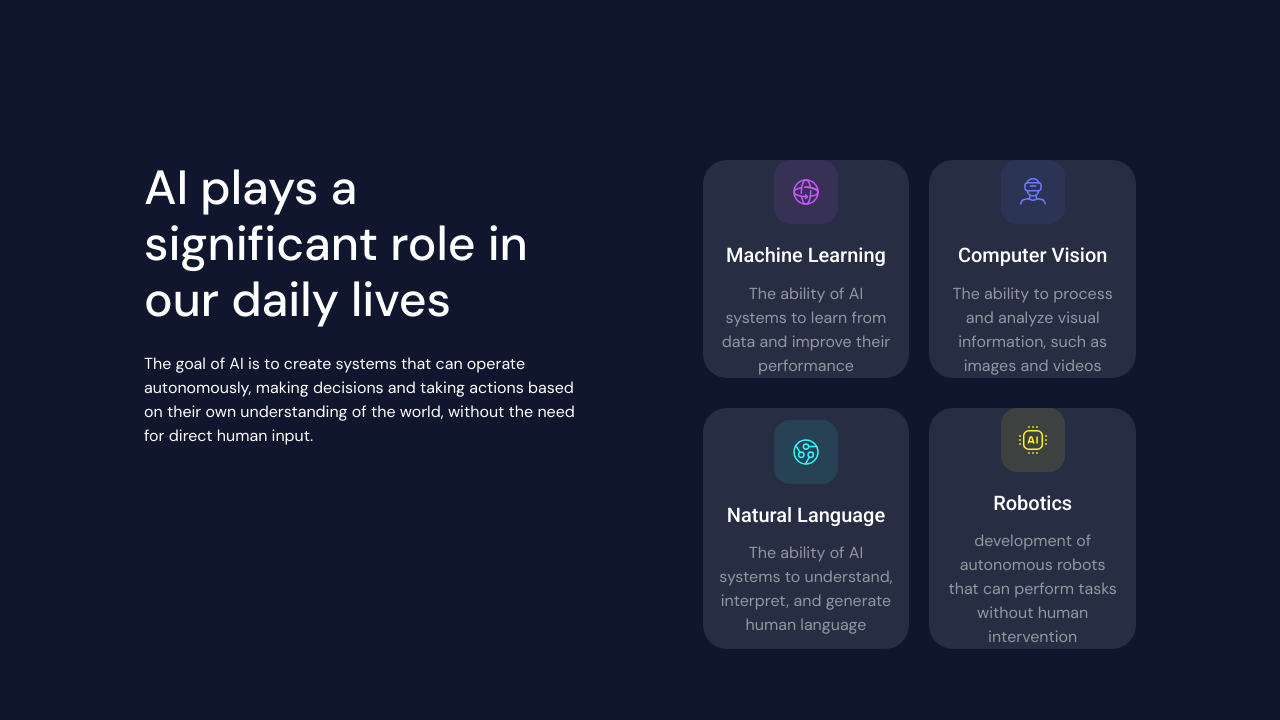
Repository: alphatra/INVO-Academy
Page: / (app in [lvl 1] Sekcja 4 obszarów AI/Starter-code/)
These files come from the project's save history. The page is drawn as it stood at one moment and after the next save; the edit follows.
The browser window is 1280 px wide. The pictures show the whole page.
The project was rebuilt for these pictures with package versions that can differ from the ones it lists, and the page was loaded fresh each time.

Above is the page before, as saved 2023-02-23 23:48:40.
Console error: TypeError: Cannot read properties of null (reading 'addEventListener')

### [lvl 1] Sekcja 4 obszarów AI/Starter-code/index.html
<!DOCTYPE html>
<html lang="en">

<head>
  <meta charset="UTF-8" />
  <link rel="icon" type="image/svg+xml" href="/vite.svg" />
  <meta name="viewport" content="width=device-width, initial-scale=1.0" />
  <title>INVO Academy JS Starter with Vite</title>
</head>

<!-- In order to start your challenge, remove all the content inside <div id="home-page"></div> and start coding :) -->

<body>
  <main>
    <section class="header">
      <div class="header__text">
        <h1>AI plays a significant role in our daily lives</h1>
        <span>The goal of AI is to create systems that can operate
          autonomously, making decisions and taking actions based on
          their own understanding of the world, without the need for direct human input.</span>
      </div>
    </section>

    <section class="categories">
      <div class="categories__category">
        <div class="categories__image">
          <img src="/public/images/ML.svg" alt="Machine Learning">
        </div>
        <h4>Machine Learning</h4>
        <span>The ability of AI systems to learn from data and improve their performance</span>
      </div>
      <div class="categories__category">
        <div class="categories__image">
          <img src="/public/images/CV.svg" alt="Computer Vision">
        </div>
        <h4>Computer Vision</h4>
        <span>The ability to process and analyze visual information, such as images and videos</span>
      </div>
      <div class="categories__category">
        <div class="categories__image">
          <img src="/public/images/NL.svg" alt="Natural Language">
        </div>
        <h4>Natural Language</h4>
        <span> The ability of AI systems to understand, interpret, and generate human language</span>
      </div>
      <div class="categories__category">
        <div class="categories__image">
          <img src="/public/images/AI.svg" alt="Robotics">
        </div>
        <h4>Robotics</h4>
        <span>development of autonomous robots that can perform tasks without human intervention</span>
      </div>
    </section>
  </main>


  <script type="module" src="/src/global-scripts/main.js"></script>
  <script type="module" src="/src/pages/home-page/scripts/home-page.js"></script>
</body>

</html>

### [lvl 1] Sekcja 4 obszarów AI/Starter-code/src/pages/home-page/scripts/home-page.js
/// Homepage JavaScript File
/// Here we import all the JavaScript files we need for our homepage.

import '../styles/home-page.scss'

import { setupCounter } from '../../../global-scripts/scripts/counter/counter.js'

setupCounter(document.querySelector('#counter'))

### [lvl 1] Sekcja 4 obszarów AI/Starter-code/src/global-styles/style.scss
/// Main Styles File
/// Here we import all the global Styles files we need for our project.

@import "styles/normalize.scss";
@import "styles/root.scss";
@import "styles/fonts.scss";

body {
  font-family: 'Roboto', sans-serif;
  color: var(--color-primary);
}

p {
  color: var(--color-on-surface);
}

### [lvl 1] Sekcja 4 obszarów AI/Starter-code/src/pages/home-page/styles/home-page.scss
    /// Homepage Styles File
    /// Here we import all the Styles files we need for our Homepage.

    body {
        background-color: #0F162D;
    }

    h1,
    p,
    span {
        font-family: 'DM Sans', sans-serif;
        color: white;
    }

    main {
        display: flex;
        flex-direction: row;
        justify-content: center;
        gap: 7em;
        margin-top: 8em;
    }

    .header {
        margin-left: 9em;
    }

    .header__text {
        &>h1 {
            font-size: 48px;
            line-height: 56px;
            font-weight: 500;
            letter-spacing: -0.002em;
            margin-bottom: 24px
        }

        &>span {
            font-size: 16px;
            line-height: 24px;
            font-weight: 400;
        }

    }

    .categories {
        display: grid;
        grid-template-columns: repeat(2, 1fr);
        grid-template-rows: repeat(2, minmax(100px, auto));
        grid-column-gap: 20px;
        row-gap: 30px;
        margin-right: 9em;
        margin-top: 2em;
    }

    .categories__category {
        display: flex;
        flex-direction: column;
        justify-content: center;
        background: #272D42;
        border-radius: 24px;
        text-align: center;
        color: white;
        height: 100%;

        &>h4 {
            font-size: 20px;
            line-height: 0px;
            font-weight: 500;
        }

        &>span {
            font-size: 16px;
            line-height: 24px;
            font-weight: 400;
            opacity: 0.5;
            padding-left: 16px;
            padding-right: 16px;
        }
    }

    @media screen and (min-width: 768px) and (max-width: 1024px) {
        main {
        flex-direction: column;
        align-items: center;
        margin-top: 13em;
        gap: 1em;
        }

        .header {
            margin-left: 14em;
            margin-right: 14em;
        }
        .categories {
            margin-left: 14em;
        margin-right: 14em;
        grid-template-columns: repeat(2, 1fr);
        grid-template-rows: repeat(2, minmax(100px, auto));
        margin-top: 0;
        }

        .categories__category {

        }
    }

    @media screen and (max-width: 767px) {
        main {
        margin-top: 0;
        flex-direction: column;
        gap: 0;
        }

        .header {
            margin-left: 2em;
            margin-right: 2em;
        }

        .header__text {
            &>h1 {
                font-size: 32px;
                line-height: 40px;
            }

            &>span {
                font-weight: 400;
                font-size: 16px;
            }
        }

        .categories {
            margin-left: 2em;
            margin-right: 2em;
        grid-template-columns: 1fr;
        grid-template-rows: auto;
        }

        .catergoris__category {
            margin: auto;
            padding-left: 16px;
            padding-right: 16px;
            padding-bottom: 24px;

        }
    }

### [lvl 1] Sekcja 4 obszarów AI/Starter-code/src/global-scripts/scripts/counter/counter.js
/// Sample js file for demo purposes
/// Remember to always export your functions
/// so that they can be used in other files

export function setupCounter(element) {
  let counter = 0
  const setCounter = (count) => {
    counter = count
    element.innerHTML = `script test - count is ${counter}`
  }
  element.addEventListener('click', () => setCounter(counter + 1))
  setCounter(0)
}

### [lvl 1] Sekcja 4 obszarów AI/Starter-code/src/global-styles/styles/root.scss
/// Root Styles file
/// Here we define all the root variables we need for our project.
/// For examples see Material Design color system: https://m2.material.io/design/color/the-color-system.html

:root {
    --color-primary: #5721f2;
    --color-on-surface: #000;
}

### [lvl 1] Sekcja 4 obszarów AI/Starter-code/src/global-styles/styles/fonts.scss
/// Main Fonts File
/// Here we import all the fonts files we need for our project.

@import url('https://fonts.googleapis.com/css2?family=Roboto:ital,wght@0,100;0,300;0,400;0,500;0,700;0,900;1,100;1,300;1,400;1,500;1,700;1,900&display=swap');
@import url('https://fonts.googleapis.com/css2?family=DM+Sans:wght@400;500&display=swap');

Loaded but not shown: [lvl 1] Sekcja 4 obszarów AI/Starter-code/src/global-scripts/main.js (common file); [lvl 1] Sekcja 4 obszarów AI/Starter-code/src/global-styles/styles/normalize.scss (common file)

After the next save:
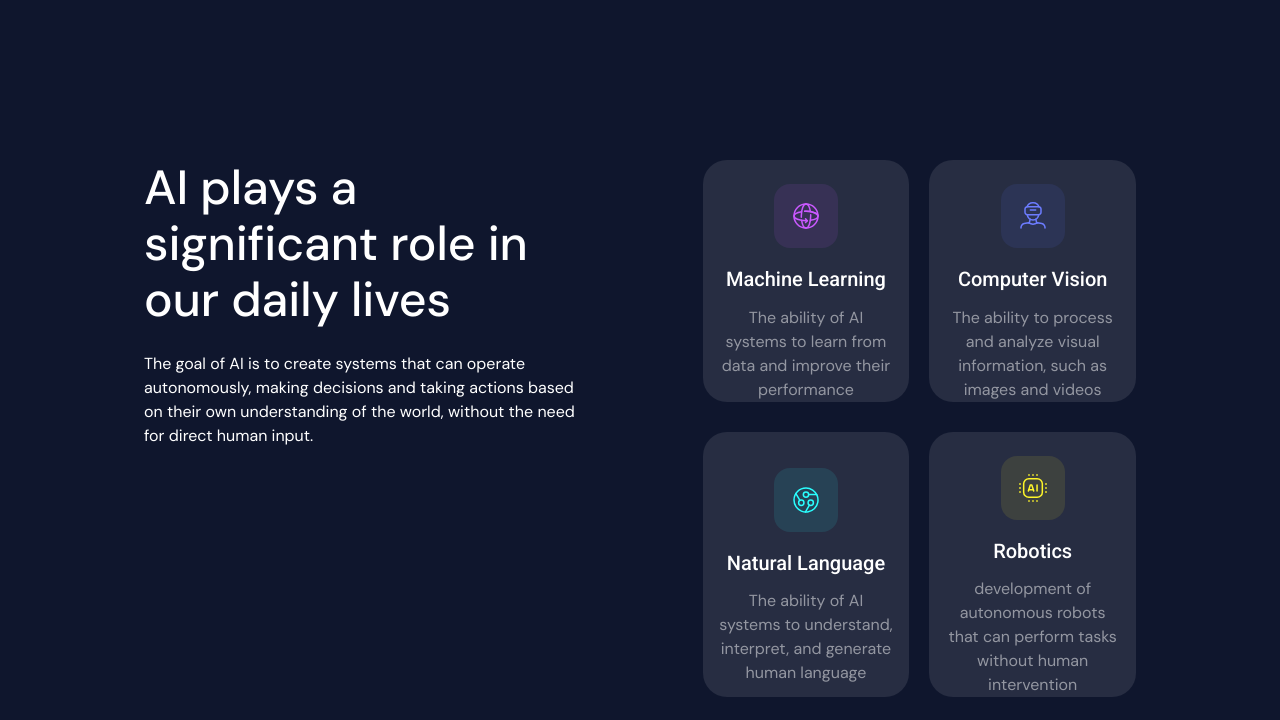
Saved 13 s later.
--- a/[lvl 1] Sekcja 4 obszarów AI/Starter-code/src/pages/home-page/styles/home-page.scss
+++ b/[lvl 1] Sekcja 4 obszarów AI/Starter-code/src/pages/home-page/styles/home-page.scss
@@ -59,7 +59,7 @@
         border-radius: 24px;
         text-align: center;
         color: white;
-        height: 100%;
+        padding-top: 24px;
 
         &>h4 {
             font-size: 20px;
